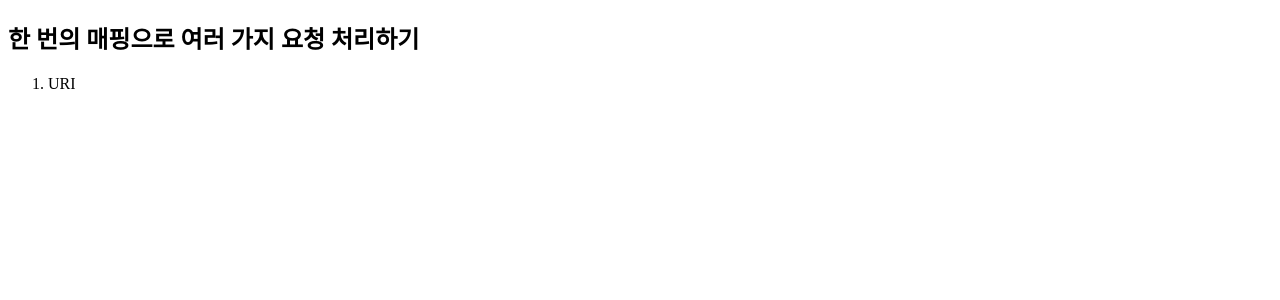
Repository: jungwoonAn/jsp_basic
Page: http://localhost/MustHaveJSP/FrontController
The author's editor kept a copy of each file at every save. The page is drawn from the files as they stood at one save, then again after the next save.
The browser window is 1280 px wide. The pictures show the whole page.
The page is served by Tomcat 10. Other server files are loaded and not shown.

Above is the page before, as saved 2024-10-25 03:38:36.

### MustHaveJSP/src/main/webapp/12_Servlet/FrontController.jsp
<%@ page language="java" contentType="text/html; charset=UTF-8"
    pageEncoding="UTF-8"%>
<!DOCTYPE html>
<html>
<head>
<meta charset="UTF-8">
<title>FrontController.jsp</title>
</head>
<body>
	<h2>한 번의 매핑으로 여러 가지 요청 처리하기</h2>
	${ resultValue }

	<ol>
		<li>URI</li>
	</ol>

</body>
</html>

### MustHaveJSP/src/main/java/servlet/FrontController.java
package servlet;

import jakarta.servlet.ServletException;
import jakarta.servlet.annotation.WebServlet;
import jakarta.servlet.http.HttpServlet;
import jakarta.servlet.http.HttpServletRequest;
import jakarta.servlet.http.HttpServletResponse;
import java.io.IOException;

@WebServlet("*.one")
public class FrontController extends HttpServlet {
	private static final long serialVersionUID = 1L;

	protected void doGet(HttpServletRequest request, HttpServletResponse response) throws ServletException, IOException {

		String uri = request.getRequestURI();
		int lastSlash = uri.lastIndexOf("/");
		String commandStr = uri.substring(lastSlash);
		System.out.println(commandStr);

		if(commandStr.equals("/regist.one"))
			request.setAttribute("resultValue", "<h4>회원가입</h4>");
		else if(commandStr.equals("/login.one"))
			request.setAttribute("resultValue", "<h4>로그인</h4>");
		else if(commandStr.equals("/freeboard.one"))
			request.setAttribute("resultValue", "<h4>자유게시판</h4>");

		request.setAttribute("uri", uri);
		request.setAttribute("commandStr", commandStr);
		request.getRequestDispatcher("/12_Servlet/FrontController.jsp")
			.forward(request, response);
	}
}

After the next save:
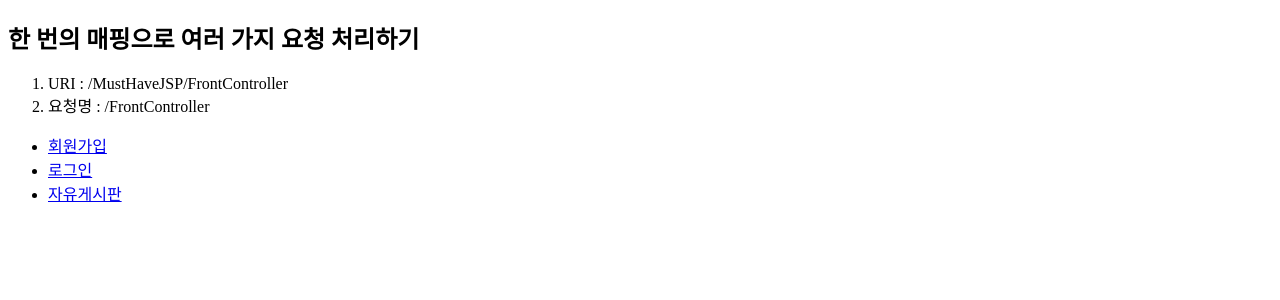
Saved 11 min 16 s later.
--- a/MustHaveJSP/src/main/webapp/12_Servlet/FrontController.jsp
+++ b/MustHaveJSP/src/main/webapp/12_Servlet/FrontController.jsp
@@ -11,8 +11,15 @@
 	${ resultValue }
 
 	<ol>
-		<li>URI</li>
+		<li>URI : ${ uri }</li>
+		<li>요청명 : ${ commandStr }</li>
 	</ol>
+
+	<ul>
+		<li><a href="../12_Servlet/regist.one">회원가입</a></li>
+		<li><a href="../12_Servlet/login.one">로그인</a></li>
+		<li><a href="../12_Servlet/freeboard.one">자유게시판</a></li>
+	</ul>
 
 </body>
 </html>
